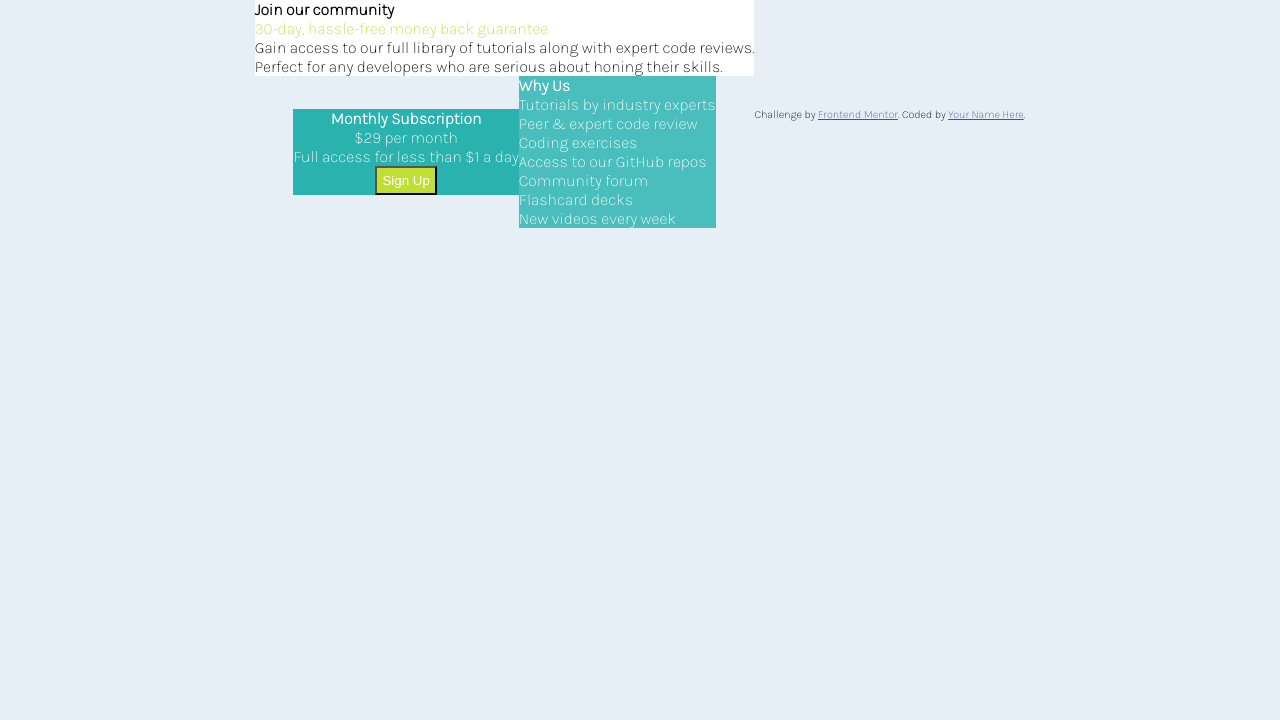
Repository: jminervino/PriceGridComponent
Page: index.html
The author's editor kept a copy of each file at every save. The page is drawn from the files as they stood at one save, then again after the next save.
The browser window is 1280 px wide. The pictures show the whole page.

Above is the page before, as saved 2022-02-05 23:25:42.

After the next save:
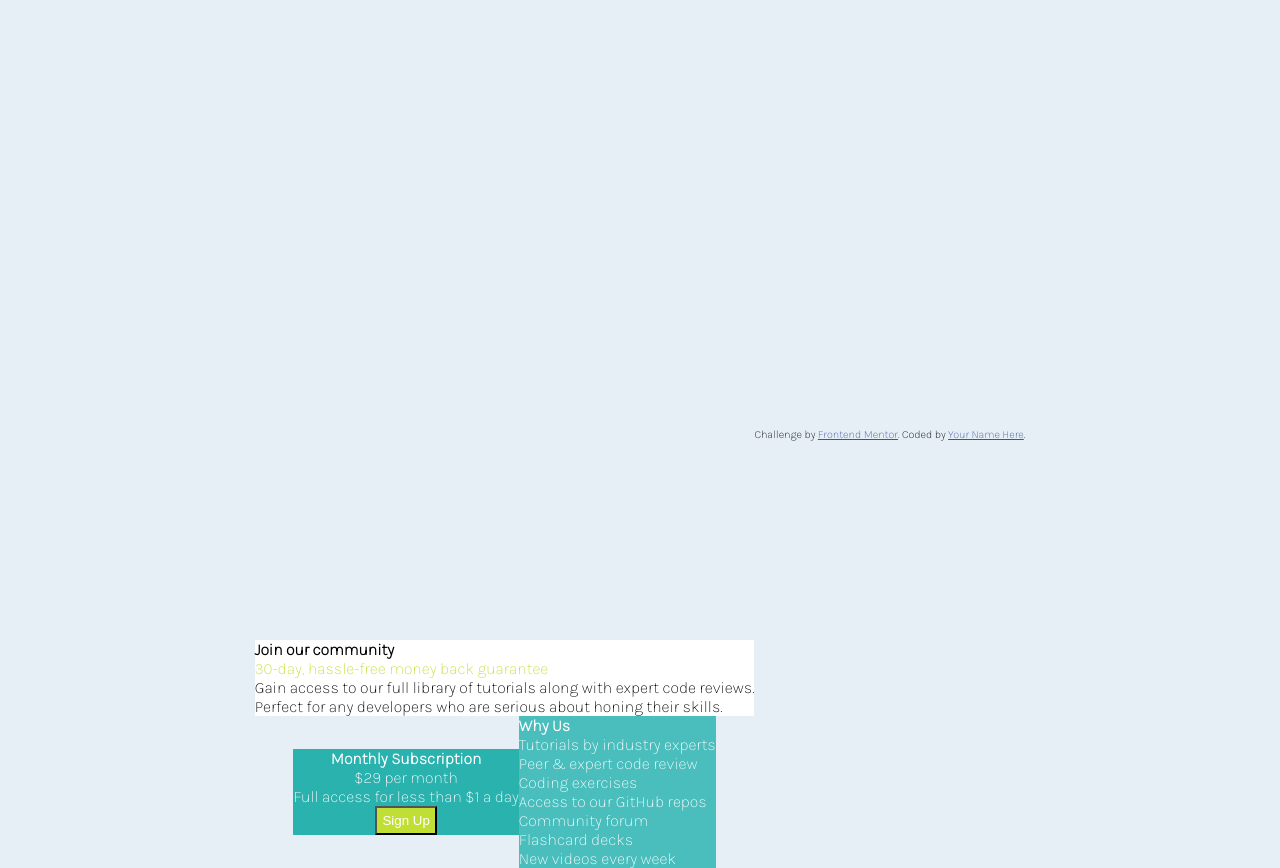
Saved 8 s later.
--- a/style.css
+++ b/style.css
@@ -26,7 +26,7 @@ button {
     align-items: center;
     justify-content: center;
     flex-direction: column;
-    height: -200px;
+    margin-top: 50%;
 }
 
 .main-line {
